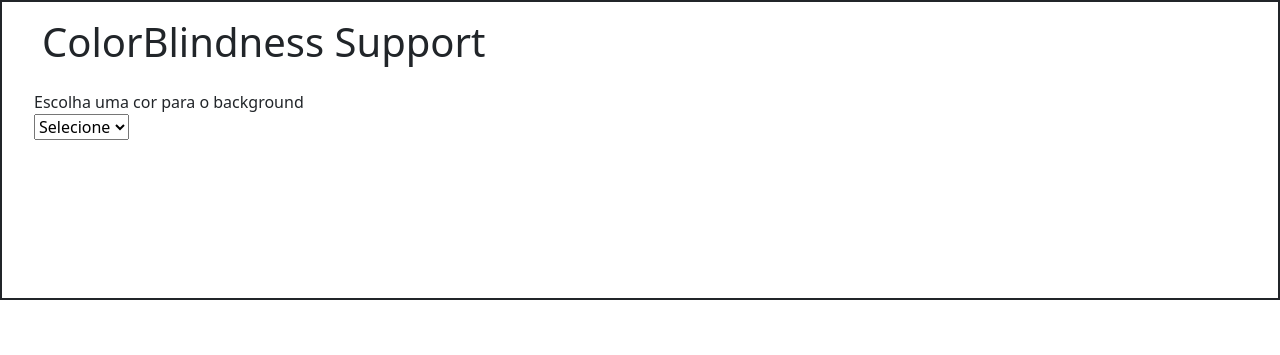
Repository: pedrosiqueira/daltonchrome
Page: popup.html
The author's editor kept a copy of each file at every save. The page is drawn from the files as they stood at one save, then again after the next save.
The browser window is 1280 px wide. The pictures show the whole page.

Above is the page before, as saved 2022-06-20 19:58:43.

After the next save:
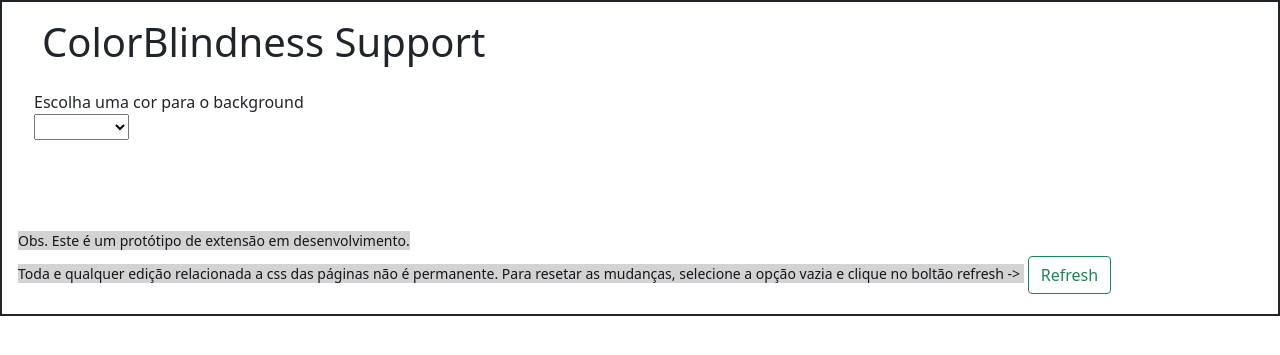
Saved 20 min 6 s later.
--- a/popup.html
+++ b/popup.html
@@ -25,12 +25,19 @@
         <label for="cores">Escolha uma cor para o background</label>
         <br>
         <select name="cores" id="cores">
-            <option value=""> Selecione </option>
+            <option value=""> </option>
             <option value="red">Vermelho</option>
             <option value="green">Verde</option>
             <option value="blue">Azul</option>
         </select>
     </div>
+    <br> <br><br>
+    <alert id="alert" class="alert-dark form-text">Obs. Este é um protótipo de extensão em desenvolvimento.<br>
+    Toda e qualquer edição relacionada a css das páginas não é permanente. Para resetar as mudanças, selecione a opção vazia e clique no boltão refresh ->
+    </alert>
+    <button id="refresh" class="btn btn-outline-success m-1"type="button">
+    Refresh
+    </button>
 
     <script src="js/vendor/jquery-3.6.0.min.js"></script>
     <script src="js/vendor/bootstrap.bundle.min.js"></script>
